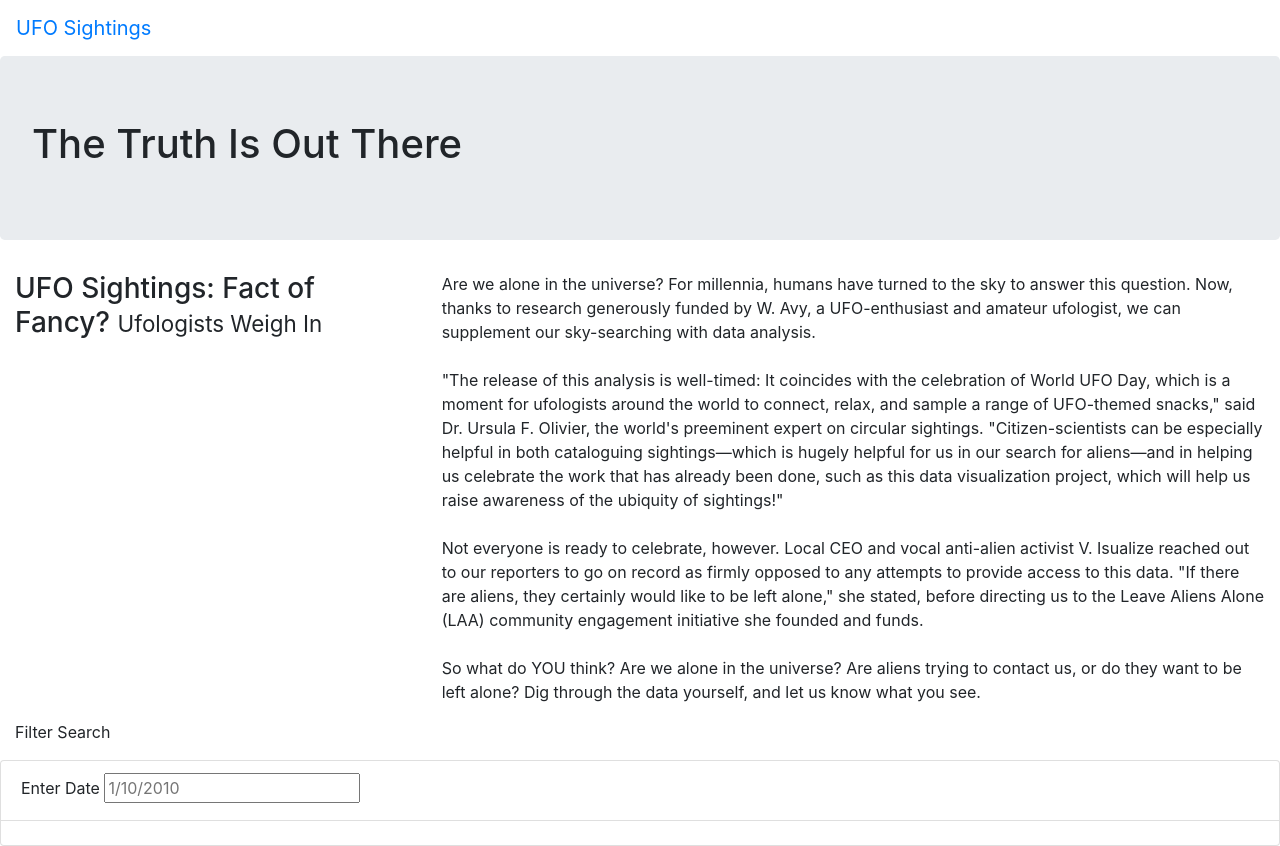
Repository: PaddyHQ/UFOs
Page: index.html
The author's editor kept a copy of each file at every save. The page is drawn from the files as they stood at one save, then again after the next save.
The browser window is 1280 px wide. The pictures show the whole page.

Above is the page before, as saved 2022-02-02 21:24:27.

After the next save:
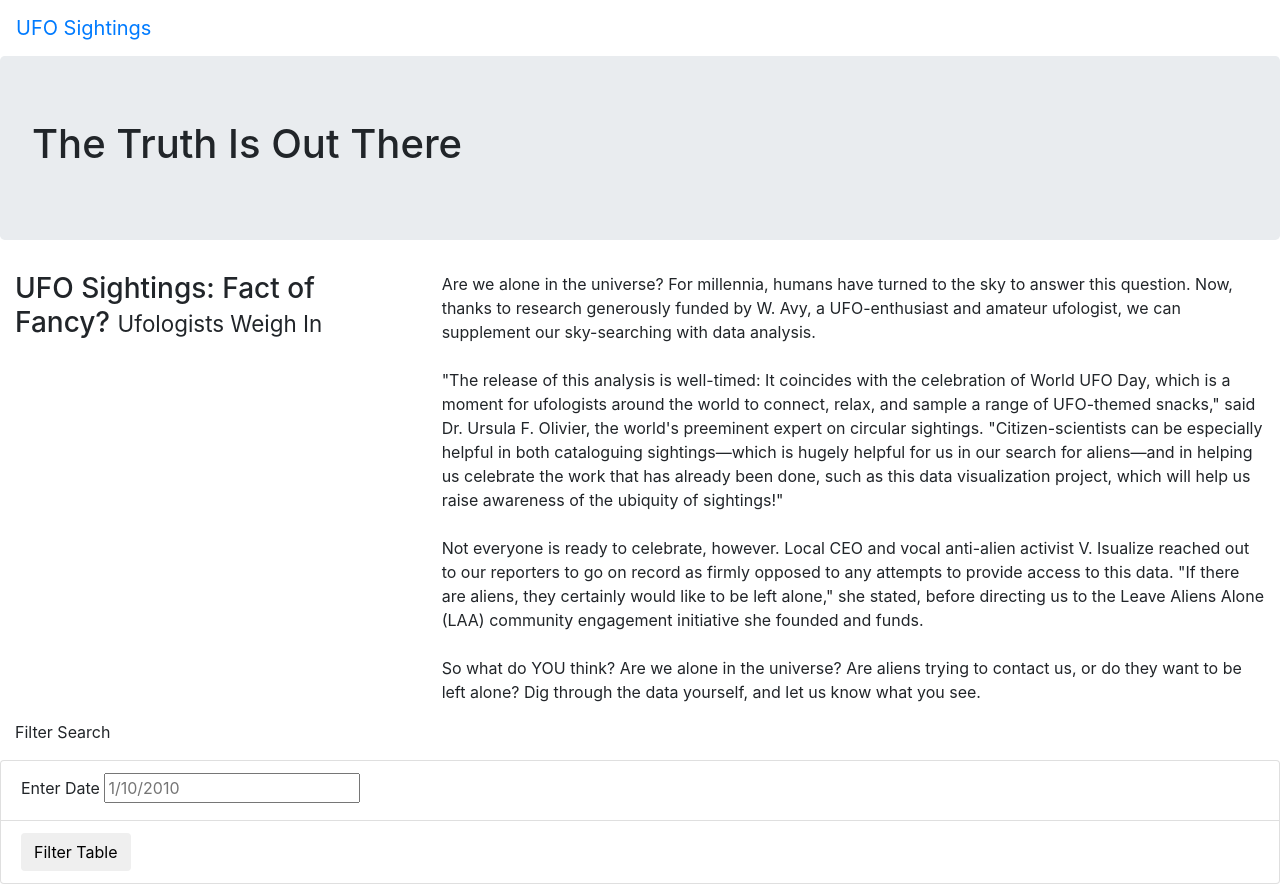
Saved 26 s later.
--- a/index.html
+++ b/index.html
@@ -53,7 +53,7 @@
             <input type="text" placeholder="1/10/2010" id="datetime" />
         </li>
         <li class="list-group-item">
-
+            <button id="filter-btn" type="button" class="btn btn-default">Filter Table</button>
         </li>
     </ul>
 </body>
